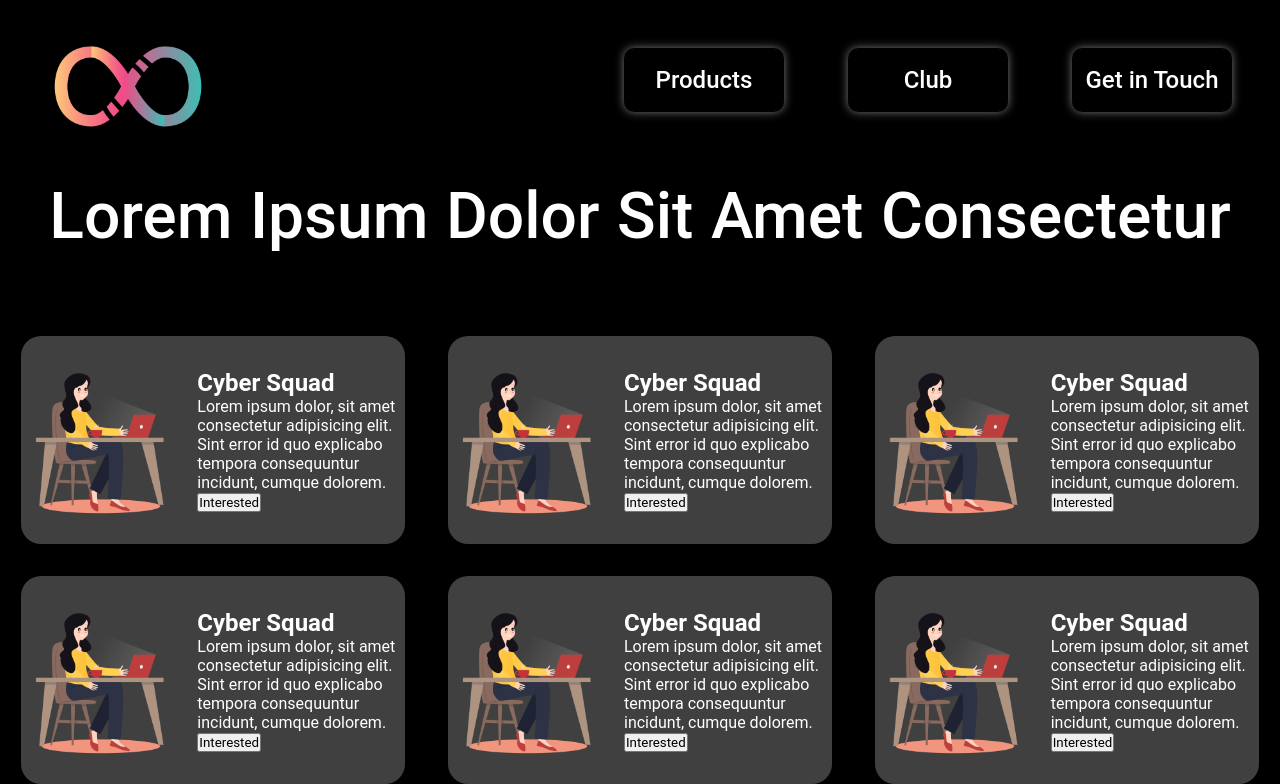
Repository: kapil4457/vizion-internship-project
Page: /
An editor plug-in stored every save of this project. The page is shown before and after the next save, followed by the edit.
The browser window is 1280 px wide. The pictures show the whole page.
The project was rebuilt for these pictures with package versions that can differ from the ones it lists, and the page was loaded fresh each time. Also part of the build but not shown: src/index.css.

Above is the page before, as saved 2022-10-29 10:09:37.

After the next save:
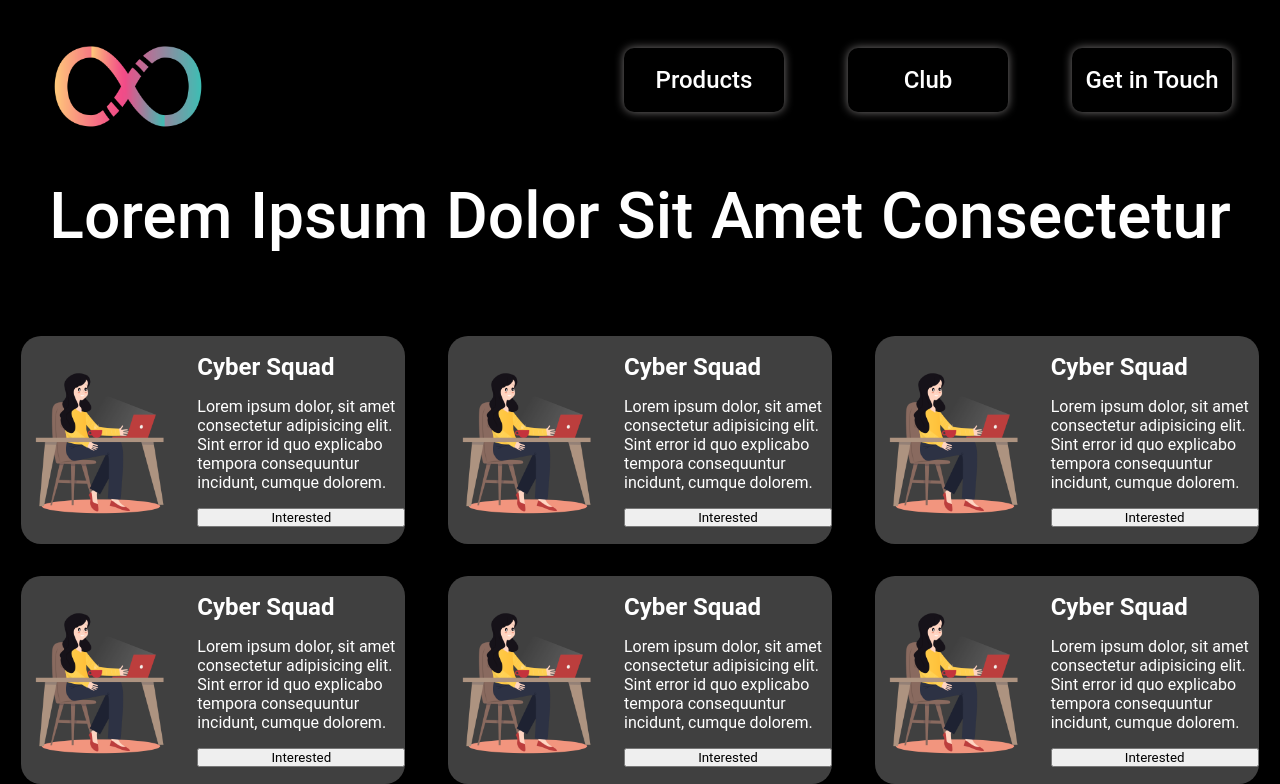
Saved 17 s later.
--- a/src/components/Home/HomeCard.css
+++ b/src/components/Home/HomeCard.css
@@ -12,5 +12,8 @@
 
 }
 .home-card > .card-info{
+    display:flex;
+    flex-direction: column;
+    gap:1rem
 
 }
